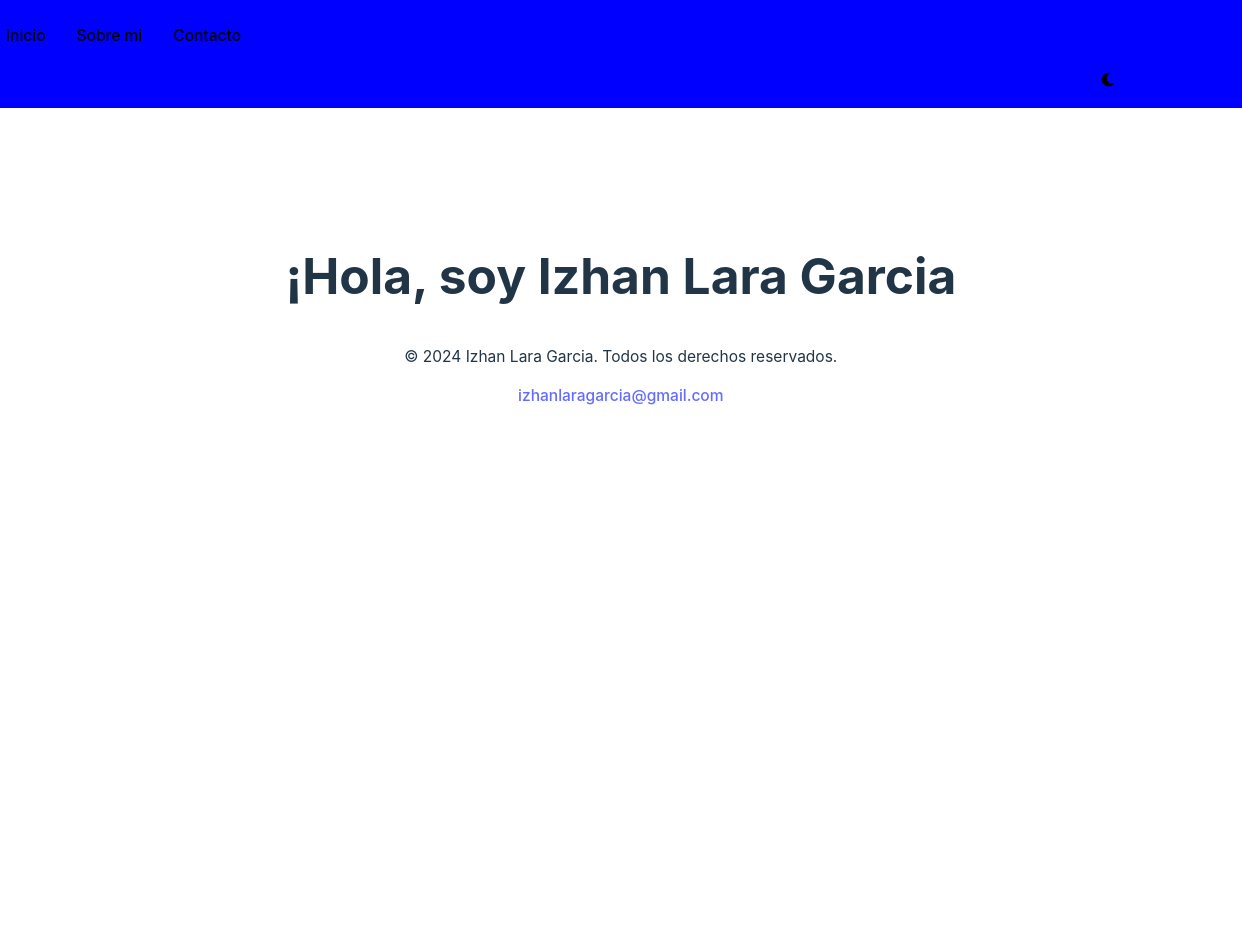
Repository: izhanlaraagarcia/izhanlaraagarcia.github.io
Page: / (app in vite-project/)
These files come from the project's save history. The page is drawn as it stood at one moment and after the next save; the edit follows.
The browser window is 1280 px wide. The pictures show the whole page, at 97% of full size.
The project was rebuilt for these pictures with package versions that can differ from the ones it lists, and the page was loaded fresh each time. Also part of the build but not shown: vite-project/vite.config.js, vite-project/src/Home/Styles/estilos.css, vite-project/src/Componentes-Generales/styles/banner.css, vite-project/src/pages/About/about.jsx, vite-project/src/pages/Contact/contact.jsx.

Above is the page before, as saved 2024-07-10 14:04:42.

After the next save:
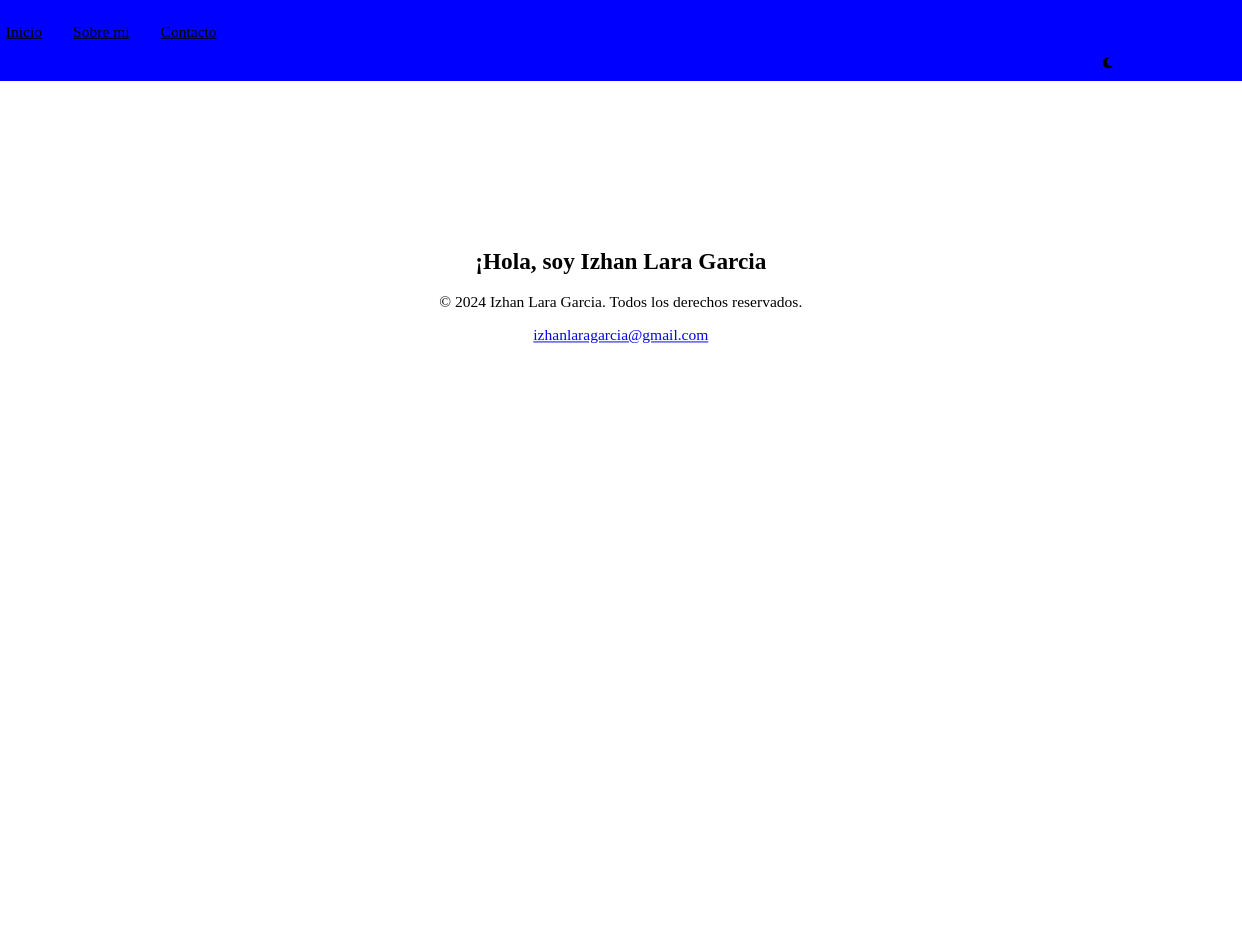
Saved 44 s later.
--- a/vite-project/src/index.css
+++ b/vite-project/src/index.css
@@ -1,4 +1,4 @@
-:root {
+/* :root {
   font-family: Inter, system-ui, Avenir, Helvetica, Arial, sans-serif;
   line-height: 1.5;
   font-weight: 400;
@@ -23,15 +23,7 @@ a:hover {
   color: #535bf2;
 }
 
-body {
-  right: 0;
-  margin: 0%;
-  width: 100%;
-  margin-top: 20%;
-  text-align: center;
-  min-width: 320px;
-  min-height: 100vh;
-}
+
 
 h1 {
   font-size: 3.2em;
@@ -72,4 +64,14 @@ button:focus-visible {
   button {
     background-color: #f9f9f9;
   }
+} */
+
+body {
+  right: 0;
+  margin: 0%;
+  width: 100%;
+  margin-top: 20%;
+  text-align: center;
+  min-width: 320px;
+  min-height: 100vh;
 }
